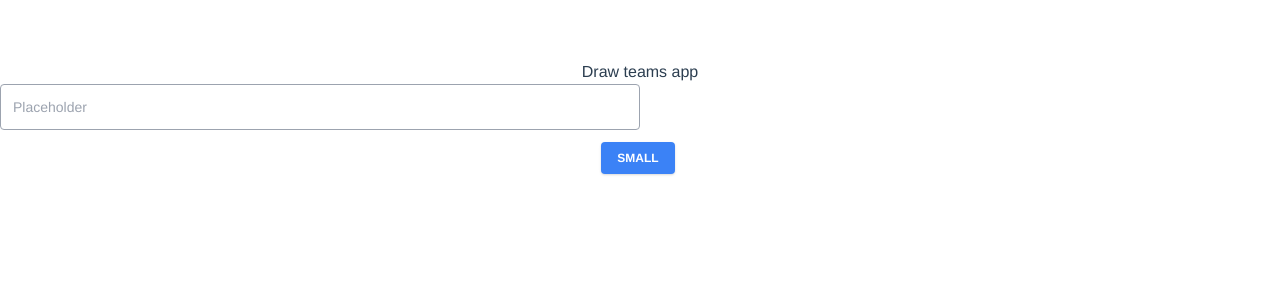
Repository: AlekJanevski/draw-teams-app
Page: /
The author's editor kept a copy of each file at every save. The page is drawn from the files as they stood at one save, then again after the next save.
The browser window is 1280 px wide. The pictures show the whole page.
The project was rebuilt for these pictures with package versions that can differ from the ones it lists, and the page was loaded fresh each time.

Above is the page before, as saved 2021-03-18 20:18:16.

### src/components/HelloWorld.vue
<template>
  <div>
    <h1>Draw teams app</h1>

    <div class="w-1/2 pt-0 mb-3">
      <input type="text" placeholder="Placeholder" class="relative w-full px-3 py-3 text-sm text-gray-700 placeholder-gray-400 bg-white border border-gray-400 rounded outline-none focus:outline-none focus:shadow-outline"/>
    </div>
    <button class="px-4 py-2 mb-1 mr-1 text-xs font-bold text-white uppercase bg-blue-500 rounded shadow outline-none active:bg-blue-600 hover:shadow-md focus:outline-none" type="button" style="transition: all .15s ease">
      Small
    </button>
  </div>
</template>

<script>
export default {
  name: 'HelloWorld',
  props: {
    msg: String
  }
}
</script>

<!-- Add "scoped" attribute to limit CSS to this component only -->
<style scoped>
h3 {
  margin: 40px 0 0;
}
ul {
  list-style-type: none;
  padding: 0;
}
li {
  display: inline-block;
  margin: 0 10px;
}
a {
  color: #42b983;
}
</style>

Loaded but not shown: public/index.html (common file); src/main.js (common file); src/App.vue (common file); src/index.css (common file); tailwind.config.js (common file)

After the next save:
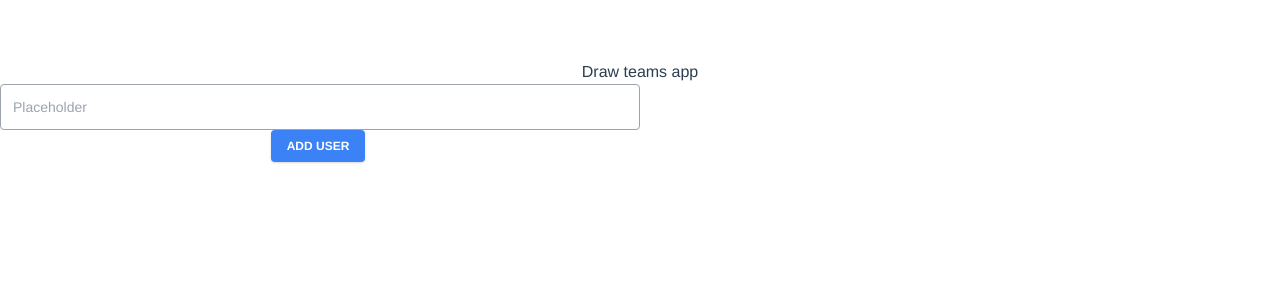
Saved 103 s later.
--- a/src/components/HelloWorld.vue
+++ b/src/components/HelloWorld.vue
@@ -2,12 +2,19 @@
   <div>
     <h1>Draw teams app</h1>
 
+    <!-- Add user wrapper starts -->
     <div class="w-1/2 pt-0 mb-3">
+      <!-- Add user input starts -->
       <input type="text" placeholder="Placeholder" class="relative w-full px-3 py-3 text-sm text-gray-700 placeholder-gray-400 bg-white border border-gray-400 rounded outline-none focus:outline-none focus:shadow-outline"/>
+      <!-- Add user input ends -->
+
+      <!-- Add user button starts -->
+      <button class="px-4 py-2 mb-1 mr-1 text-xs font-bold text-white uppercase bg-blue-500 rounded shadow outline-none active:bg-blue-600 hover:shadow-md focus:outline-none" type="button" style="transition: all .15s ease">
+        Add user
+      </button>
+      <!-- Add button ends -->
     </div>
-    <button class="px-4 py-2 mb-1 mr-1 text-xs font-bold text-white uppercase bg-blue-500 rounded shadow outline-none active:bg-blue-600 hover:shadow-md focus:outline-none" type="button" style="transition: all .15s ease">
-      Small
-    </button>
+    <!-- Add user wrapper ends -->
   </div>
 </template>
 
